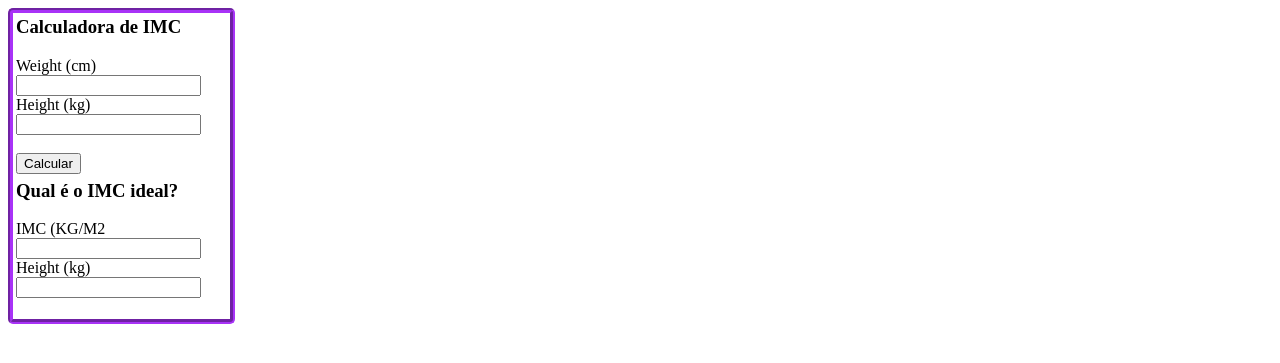
Repository: Patriciamativi/Projetos
Page: index.html
These files come from the project's save history. The page is drawn as it stood at one moment and after the next save; the edit follows.
The browser window is 1280 px wide. The pictures show the whole page.

Above is the page before, as saved 2022-11-21 15:10:59.

### index.html
<html>
    <head>
        <title>Calculadora de IMC</title>
        <meta charset="utf-8"/>

        <style type="text/css">

            p {
                border: 5px groove rgb(168, 50, 247);
                border-radius: 5px;
                width: 217px;
            }
            td {

                /*background-color: rgb(216, 166, 240);*/
            }

        </style>
    </head>
   <p>
<table border="0">
    <body>
         <tr>
            <td> <h3>Calculadora de IMC</h3>

            Weight (cm)<br/>
            <input type: "number" > </br>

            Height (kg)<br/>
            <input type: "number" > </br> </br>

            <input type= "submit" value="Calcular"> </td> </tr>

    </table>

    <table border="0">
        <body>
             <tr>
                <td> <h3>Qual é o IMC ideal?</h3>

                IMC (KG/M2<br/>
                <input type: "number" > </br>

                Height (kg)<br/>
                <input type: "number" > </br> </br>

        </table>
</p>
</body>
</html>

After the next save:
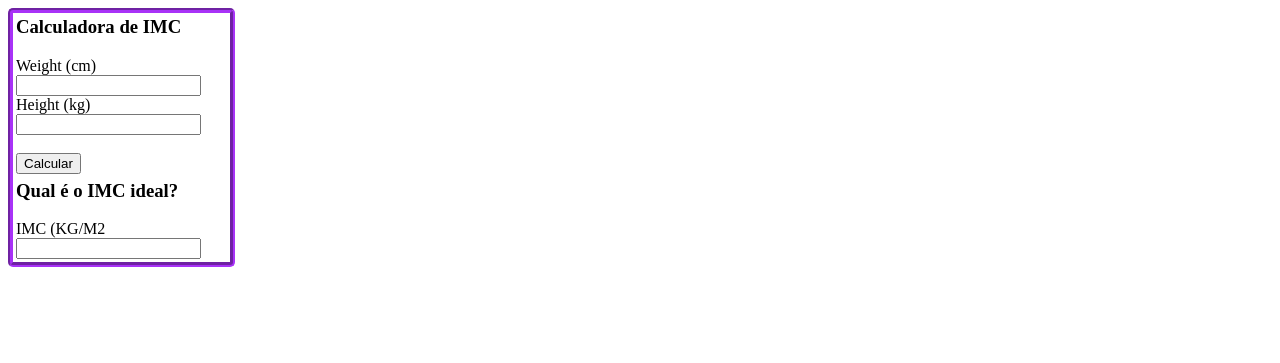
Saved 9 s later.
--- a/index.html
+++ b/index.html
@@ -41,9 +41,6 @@
                 IMC (KG/M2<br/>
                 <input type: "number" > </br>
 
-                Height (kg)<br/>
-                <input type: "number" > </br> </br>
-
         </table>
 </p>
 </body>
